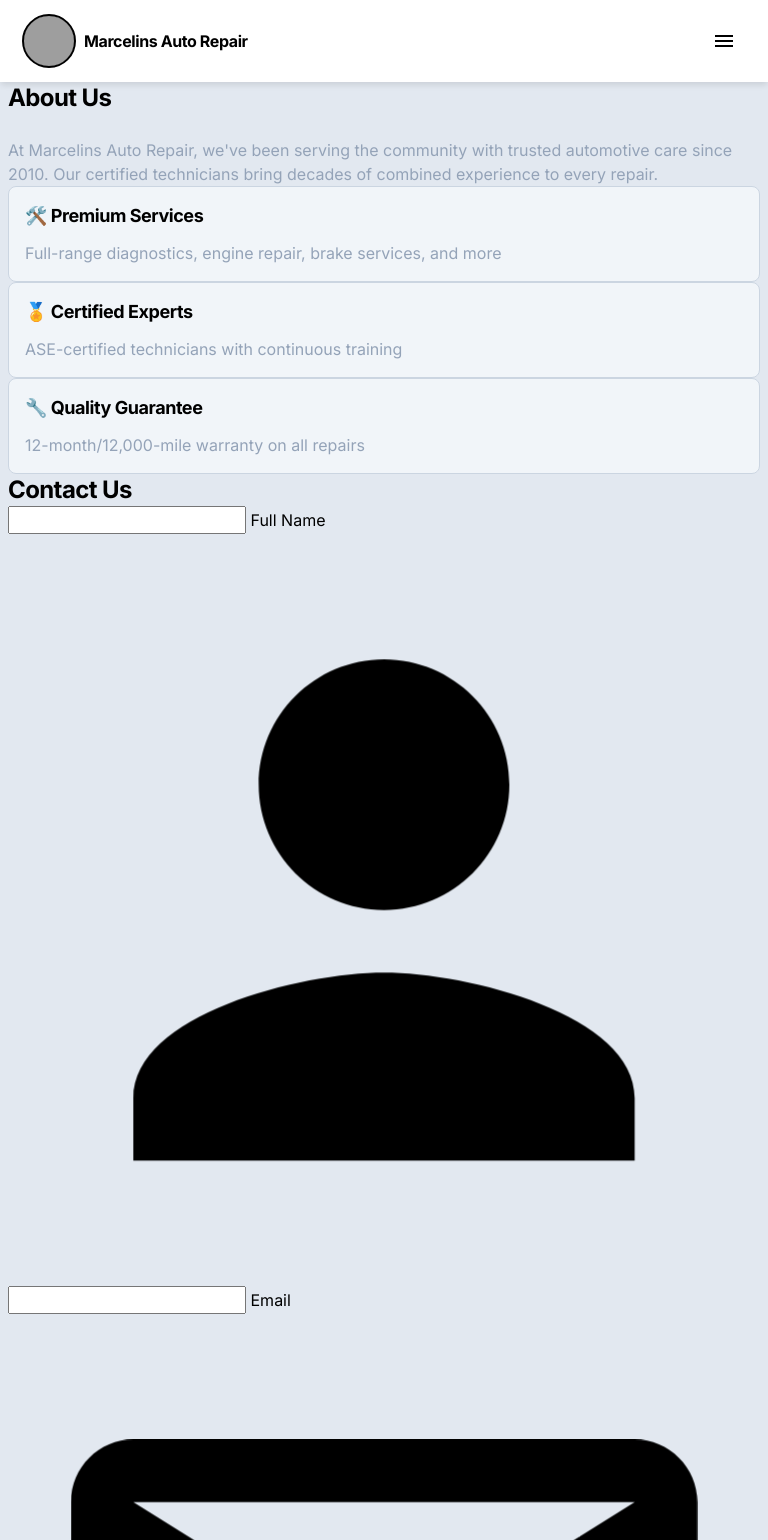
Repository: ilovegames507/twebsite-2
Page: frontend/public/about.html
An editor plug-in stored every save of this project. The page is shown before and after the next save, followed by the edit.
The browser window is 768 px wide. The pictures show the part of the page from y = 0 to 1540 px (the page is 4123 px tall before and 2765 px after).
Pictures or frames that could not be fetched are drawn as grey boxes. A picture or video elsewhere on the page could not be fetched, so the positions and the page height are approximate.

Above is the page before, as saved 2025-03-18 20:19:32.

### frontend/public/about.html
<!DOCTYPE html>
<html lang="en">

<head>
  <meta charset="UTF-8" />
  <meta name="viewport" content="width=device-width, initial-scale=1.0" />
  <link rel="preconnect" href="https://fonts.googleapis.com" />
  <link rel="preconnect" href="https://fonts.gstatic.com" crossorigin />
  <link
    href="https://fonts.googleapis.com/css2?family=Inter:ital,opsz,wght@0,14..32,100..900;1,14..32,100..900&family=Source+Code+Pro:ital,wght@0,200..900;1,200..900&display=swap"
    rel="stylesheet" />
  <link rel="stylesheet" href="styles/modern-normalize.css" />
  <link rel="stylesheet" href="styles/global.css" />
  <link rel="stylesheet" href="styles/components/header.css" />
  <link rel="stylesheet" href="styles/components/about.css" />
  <link rel="stylesheet" href="styles/components/footer.css" />
  <link rel="stylesheet" href="styles/utils.css" />

  <link rel="icon" type="image/x-icon" href="/src/Images/favicon.ico">
  <title>Marcelins Auto Repair</title>
</head>

<body>
  <header class="header">
    <div class="header__container">
      <div class="header__title-container"> <img src="https://picsum.photos/1080/1080?random" class="header__logo"
          alt="Marcelins Auto Repair Logo">
        <a href="/" class="header__title">Marcelins Auto Repair</a>
      </div>
      <nav class="header__nav">
        <a class="header__link" href="#pricing">Servies</a>
        <a class="header__link" href="#features">Policy</a>
        <a class="header__link" href="#contact">Contact</a>
        <div class="header__btn-container">
          <button class="header__btn" id="login-link">Login</button>
        </div>
      </nav>

      <button class="header__bars">
        <svg xmlns="http://www.w3.org/2000/svg" height="24px" viewBox="0 -960 960 960" width="24px">
          <path d="M120-240v-80h720v80H120Zm0-200v-80h720v80H120Zm0-200v-80h720v80H120Z" />
        </svg>
      </button>
    </div>
  </header>
<!-- About Page -->
<section class="about">
    <div class="about__container container">
      <div class="about__content card">
        <h2 class="about__title">About Us</h2>
        <div class="about__body">
          <p class="about__text">
            At Marcelins Auto Repair, we've been serving the community with trusted automotive care since 2010.
            Our certified technicians bring decades of combined experience to every repair.
          </p>

          <div class="about__grid">
            <div class="about__card">
              <h3 class="about__subtitle">🛠️ Premium Services</h3>
              <p class="about__description">Full-range diagnostics, engine repair, brake services, and more</p>
            </div>

            <div class="about__card">
              <h3 class="about__subtitle">🏅 Certified Experts</h3>
              <p class="about__description">ASE-certified technicians with continuous training</p>
            </div>

            <div class="about__card">
              <h3 class="about__subtitle">🔧 Quality Guarantee</h3>
              <p class="about__description">12-month/12,000-mile warranty on all repairs</p>
            </div>
          </div>
        </div>
      </div>
    </div>
  </section>

  <!-- Contact Page -->
  <section class="contact">
    <div class="contact__container container">
      <div class="contact__content card">
        <h2 class="contact__title">Contact Us</h2>
        <form class="contact__form">
          <div class="form__field">
            <input type="text" class="form__input" id="contactName" required>
            <label class="form__label" for="contactName">Full Name</label>
            <svg class="form__icon" xmlns="http://www.w3.org/2000/svg" viewBox="0 0 24 24" fill="currentColor">
              <path d="M12 12c2.21 0 4-1.79 4-4s-1.79-4-4-4-4 1.79-4 4 1.79 4 4 4zm0 2c-2.67 0-8 1.34-8 4v2h16v-2c0-2.66-5.33-4-8-4z"/>
            </svg>
          </div>

          <div class="form__field">
            <input type="email" class="form__input" id="contactEmail" required>
            <label class="form__label" for="contactEmail">Email</label>
            <svg class="form__icon" xmlns="http://www.w3.org/2000/svg" viewBox="0 0 24 24" fill="currentColor">
              <path d="M20 4H4c-1.1 0-1.99.9-1.99 2L2 18c0 1.1.9 2 2 2h16c1.1 0 2-.9 2-2V6c0-1.1-.9-2-2-2zm0 14H4V8l8 5 8-5v10zm-8-7L4 6h16l-8 5z"/>
            </svg>
          </div>

          <div class="form__field">
            <textarea class="form__input form__textarea" id="contactMessage" required></textarea>
            <label class="form__label" for="contactMessage">Message</label>
            <svg class="form__icon" xmlns="http://www.w3.org/2000/svg" viewBox="0 0 24 24" fill="currentColor">
              <path d="M20 2H4c-1.1 0-1.99.9-1.99 2L2 22l4-4h14c1.1 0 2-.9 2-2V4c0-1.1-.9-2-2-2zM6 9h12v2H6V9zm8 5H6v-2h8v2zm4-6H6V6h12v2z"/>
            </svg>
          </div>

          <button type="submit" class="btn btn--primary">Send Message</button>

          <div class="contact__info">
            <p class="contact__detail">📞 (555) 123-4567</p>
            <p class="contact__detail">📍 123 Auto Repair Street, Cityville ST</p>
            <p class="contact__detail">⏰ Mon-Fri: 8AM - 6PM | Sat: 9AM - 4PM</p>
          </div>
        </form>
      </div>
    </div>
  </section>

  <footer class="footer">
    <div class="footer__container">
      <div class="footer__content">
        <div class="footer__section">
          <h3 class="footer__heading">Contact Us</h3>
          <p class="footer__text">123 Auto Repair Street</p>
          <p class="footer__text">Cityville, ST 12345</p>
          <p class="footer__text">Phone: (555) 123-4567</p>
          <p class="footer__text">Email: contact@marcelinsauto.com</p>
        </div>

        <div class="footer__section">
          <h3 class="footer__heading">Hours</h3>
          <p class="footer__text">Mon-Fri: 8am - 6pm</p>
          <p class="footer__text">Saturday: 9am - 4pm</p>
          <p class="footer__text">Sunday: Closed</p>
        </div>

        <div class="footer__section">
          <h3 class="footer__heading">Quick Links</h3>
          <a href="#services" class="footer__link">Services</a>
          <a href="#policy" class="footer__link">Policy</a>
          <a href="#contact" class="footer__link">Contact</a>
          <a href="#about" class="footer__link">About Us</a>
        </div>

        <div class="footer__section">
          <h3 class="footer__heading">Follow Us</h3>
          <div class="footer__socials">
            <a href="#" class="footer__social-link" aria-label="TicTok">
              <img src="src/Images/tictok.svg" alt="TicTok">
            </a>
            <a href="#" class="footer__social-link" aria-label="Instagram">
              <img src="src/Images/instagram.svg" alt="Instagram">
            </a>
            <a href="#" class="footer__social-link" aria-label="YouTube">
              <img src="src/Images/youtube.svg" alt="YouTube">
            </a>
          </div>
        </div>
      </div>

      <div class="footer__bottom">
        <p class="footer__copy">&copy; 2024 Marcelins Auto Repair. All rights reserved.</p>
      </div>
    </div>
  </footer>
  <script>
    document.querySelector('.header__bars').addEventListener('click', function () {
      document.querySelector('.header').classList.toggle('header--mobile-open');
    });
    document.getElementById('login-link').addEventListener('click', function () {
      window.location.href = '/login';
    });
  </script>
</body>

</html>

### frontend/public/styles/global.css
:root {
  /* fonts */
  --font-primary: 'Inter', sans-serif;
  --font-secondary: 'Source Code Pro', monospace;

  /* colors */
  --clr-dark: #000000;
  --clr-gray: #2b2b2b;
  --clr-light: #e2e8f0;
  --clr-white: rgb(255, 255, 255);
  --clr-green: #10b981;
  --clr-green-hvr: #10996b;

  --clr-slate50: #f8fafc;
  --clr-slate100: #f1f5f9;
  --clr-slate300: #cbd5e1;
  --clr-text: #94a3b8;
  --clr-slate800: #1e293b;
  --clr-bg: #0a101f;

  --clr-muted: #4a5566;

  /* shadow */
  --shadow: 0 4px 6px -1px rgba(0, 0, 0, 0.1);

  /* transtion */
  --transition: all 0.3s cubic-bezier(0.4, 0, 0.2, 1);

  /* sizes */
  --size-xxs: 0.5rem;
  --size-xs: 0.75rem;
  --size-sm: 0.875rem;
  --size-base: 1rem;
  --size-lg: 1.125rem;
  --size-xl: 1.25rem;
  --size-2xl: 1.5rem;
  --size-3xl: 1.875rem;
  --size-4xl: 2.25rem;
  --size-5xl: 3rem;
  --size-6xl: 3.75rem;
  --size-7xl: 4.5rem;
  --size-8xl: 6rem;
  --size-9xl: 8rem;
  --size-10xl: 10rem;
}

* {
  margin: 0;
  padding: 0;
  line-height: calc(1em + 0.5rem);
  animation: fadeIn 0.5s cubic-bezier(0.4, 0, 0.2, 1) both;
  animation-delay: 0.01s;
}

body {
  font-family: var(--font-primary);
  background-color: var(--clr-light);
  color: var(--clr-dark);
}

img,
picture,
video,
canvas,
svg {
  display: block;
  max-width: 100%;
}

input,
button,
textarea,
select {
  font: inherit;
}

button {
  border: none;
  background: none;
  color: inherit;
  cursor: pointer;
}

h1,
h2,
h3,
h4,
h5,
h6 {
  letter-spacing: -0.025em;
}

p {
  color: var(--clr-text);
}

a {
  color: var(--clr-slate50);
}

strong {
  color: #ff0000;
  font-weight: 800;
}

button:focus-visible,
a:focus-visible {
  outline: solid var(--clr-light);
}

body::-webkit-scrollbar {
  width: 5px;
}

body::-webkit-scrollbar-track {
  box-shadow: inset 0 0 6 px rgba(0, 0, 0, 0);
}

body::-webkit-scrollbar-thumb {
  background: #bebebe;
  border-radius: 1000px;
}

body::-webkit-scrollbar-thumb:hover {
  background: #555;
}

@keyframes fadeIn {
  from {
    opacity: 0;
    transform: translateY(-20px);
  }

  to {
    opacity: 1;
    transform: translateY(0);
  }
}

h1,
h2,
h3,
h4,
h5,
h6 {
  animation-delay: 0.3s;
}

p,
a,
button {
  animation-delay: 0.4s;
}

img {
  animation-delay: 0.5s;
}

### frontend/public/styles/components/header.css
.header {
  position: sticky;
  top: 0;
  background: var(--clr-white);
  backdrop-filter: blur(8px);
  z-index: 9999;
  box-shadow: var(--shadow);
}

.header__container {
  display: flex;
  justify-content: space-between;
  align-items: center;
  padding: 1rem 1.5rem;
  max-width: 1440px;
  margin: 0 auto;
}

.header__title-container{
  display: flex;
  flex-direction: row;
  gap: 10px;
}

.header__title {
  color: var(--clr-dark);
  font-family: var(--font-primary);
  font-size: var(--size-2xl);
  font-weight: 700;
  letter-spacing: -0.025em;
  text-decoration: none;
  transition: var(--transition);
  display: inline-flex;
  align-items: center;
  gap: 1rem;
}

.header__title-text {
  transition: var(--transition);
}

.header__logo {
  background-image: linear-gradient(rgba(0, 0, 0, 0.5), rgba(0, 0, 0, 0.5)),
    url('https://placehold.co/1920x1080');
  max-width: 50px;
  max-height: 50px;
  height: auto;
  cursor: pointer;
  outline: 2px solid var(--clr-dark);
  transition: var(--transition);
  border-radius: 50%;
}

.header__nav {
  display: flex;
  gap: 2rem;
  align-items: center;
}

.header__link {
  color: var(--clr-dark);
  font-family: var(--font-primary);
  font-size: 0.875rem;
  font-weight: 500;
  text-decoration: none;
  transition: var(--transition);
  padding: 0.5rem 1rem;
  border-radius: 0.375rem;
}

.header__link:hover {
  background: rgba(255, 255, 255, 0.1);
}

.header__btn {
  background: var(--clr-accent);
  color: var(--clr-light);
  background: var(--clr-dark);
  padding: 0.5rem 1.25rem;
  border-radius: 0.375rem;
  font-weight: 600;
  transition: var(--transition);
}

.header__btn:hover {
  background: var(--clr-gray);
}

.header__bars {
  display: none;
  color: var(--clr-light);
  background: none;
  padding: 0.5rem;
  border-radius: 0.375rem;
}

@media (max-width: 825px) {
  .header__nav {
    display: none;
  }

  .header__bars {
    display: block;
  }

  .header__title-text {
    display: block;
  }

  .header__logo {
    display: none;
  }

  .header--mobile-open .header__nav {
    display: flex;
    flex-direction: column;
    position: absolute;
    background: var(--clr-white);
    top: 100%;
    left: 0;
    right: 0;
    padding: 1rem;
    gap: 0.5rem;
  }

  .header--mobile-open .header__logo {
    display: block;
    max-width: 50px;
  }

  .header--mobile-open .header__link {
    width: 100%;
    text-align: center;
    padding: 0.75rem;
  }

  .header--mobile-open .header__btn-container {
    display: flex;
    flex-direction: column;
    gap: 0.5rem;
    margin-top: 1rem;
  }
}

@media (max-width: 768px) {
  .header__title {
    font-size: var(--size-base);
  }

  .header__logo {
    display: block;
    max-width: 60px;
  }
}

@media (max-width: 480px) {
  .header__logo {
    max-width: 50px;
  }

  .header__container {
    padding: 0.75rem 1rem;
  }
}

### frontend/public/styles/components/about.css
/* About Page Styles */
.about__content {
    display: flex;
    flex-direction: column;
    gap: var(--size-2xl);
  }

  .about__features {
    display: grid;
    gap: var(--size-xl);
    margin-top: var(--size-xl);
  }

  .about__card {
    background: var(--clr-slate100);
    padding: var(--size-xl);
    border-radius: 8px;
    border: 1px solid var(--clr-slate300);
  }

  .about__subtitle {
    font-size: var(--size-lg);
    margin-bottom: var(--size-xs);
    color: var(--clr-dark);
  }

  /* Contact Page Styles */
  .auth__input--textarea {
    height: 120px;
    resize: vertical;
    padding-top: var(--size-base);
  }

  .contact__info {
    margin-top: var(--size-2xl);
    padding: var(--size-xl);
    background: var(--clr-slate100);
    border-radius: 8px;
    text-align: center;
  }

  .contact__info .auth__text {
    margin-bottom: var(--size-base);
  }

  @media (max-width: 768px) {
    .about__features {
      grid-template-columns: 1fr;
    }

    .about__card {
      padding: var(--size-base);
    }
  }

### frontend/public/styles/components/footer.css
html {
    height: 100%;
}

body {
    min-height: 100vh;
    display: flex;
    flex-direction: column;
}

main {
    flex: 1 0 auto;
    width: 100%;
}

.footer {
    background-color: var(--clr-dark);
    color: var(--clr-light);
    padding: var(--size-4xl) 0 0;
    margin-top: auto;
}

.footer__container {
    max-width: 1440px;
    margin: 0 auto;
    padding: 0 var(--size-2xl);
}

.footer__content {
    display: grid;
    grid-template-columns: repeat(auto-fit, minmax(250px, 1fr));
    gap: var(--size-2xl);
    padding-bottom: var(--size-4xl);
}

.footer__section {
    display: flex;
    flex-direction: column;
    gap: var(--size-base);
}

.footer__heading {
    font-size: var(--size-lg);
    font-weight: 600;
    margin-bottom: var(--size-xs);
    color: var(--clr-light);
}

.footer__text {
    font-size: var(--size-sm);
    color: var(--clr-slate300);
    line-height: 1.6;
}

.footer__link {
    color: var(--clr-slate300);
    text-decoration: none;
    font-size: var(--size-sm);
    transition: var(--transition);
}

.footer__link:hover {
    color: var(--clr-light);
    transform: translateX(4px);
}

.footer__socials {
    display: flex;
}

.footer__social-link {
    color: var(--clr-slate300);
    transition: var(--transition);
    padding: var(--size-4xl);
    display: flex;
}

.footer__social-link:hover {
    color: var(--clr-light);
    transform: translateY(-2px);
}

.footer__bottom {
    border-top: 1px solid rgba(255, 255, 255, 0.1);
    padding: var(--size-xl) 0;
    text-align: center;
}

.footer__copy {
    font-size: var(--size-sm);
    color: var(--clr-slate300);
    margin: 0;
}

@media (max-width: 768px) {
    .footer__content {
        grid-template-columns: 1fr;
        text-align: center;
    }

    .footer__section {
        align-items: center;
    }

    .footer__link:hover {
        transform: none;
    }
}

### frontend/public/styles/utils.css
/* xs */
/* @media (min-width: 475px) {} */

/* sm */
/* @media (min-width: 640px) {} */

/* md */
/* @media (min-width: 768px) {} */

/* lg */
/* @media (min-width: 1024px) {} */

/* xl */
/* @media (min-width: 1280px) {} */

/* 2xl */
/* @media (min-width: 1536px) {} */

.container {
    width: 100%;
    margin-inline: auto;
    padding-inline: 0.5rem;
  }

  .btn {
    display: inline-block;
    background-color: rgb(255, 255, 255);
    color: var(--clr-dark);
    padding: 0.5em 1em;
    font-weight: 500;
    border-radius: 6px;
    line-height: 1.75rem;
    text-decoration: none;
    transition: 0.2s ease-in-out;
  }

  .btn:hover {
    transform: translateY(2px);
    background-color: rgb(168, 168, 168);
  }

  btn:focus-visible {
    outline: solid var(--clr-text);
  }

  .section {
    margin-top: 5rem;
  }

  .title {
    text-transform: uppercase;
    margin-bottom: 1rem;
    font-family: var(--font-secondary);
    color: var(--clr-text);
    font-size: var(--size-base);
  }

  /* xs */
  @media (min-width: 475px) {
    .container {
      max-width: 475px;
    }
  }

  /* sm */
  @media (min-width: 640px) {
    .container {
      max-width: 640px;
    }

    .title {
      font-size: var(--size-sm);
    }
  }

  /* md */
  @media (min-width: 768px) {
    .container {
      max-width: 768px;
    }
  }

  /* lg */
  @media (min-width: 1024px) {
    .container {
      max-width: 1024px;
    }

    .section {
      margin-top: 10rem;
    }

    .title {
      font-size: var(--size-base);
    }
  }

  /* xl */
  @media (min-width: 1280px) {
    .container {
      max-width: 1280px;
    }
  }

  /* 2xl */
  @media (min-width: 1536px) {
    .container {
      max-width: 1536px;
    }
  }

Loaded but not shown: frontend/public/styles/modern-normalize.css (203 lines, source omitted)

After the next save:
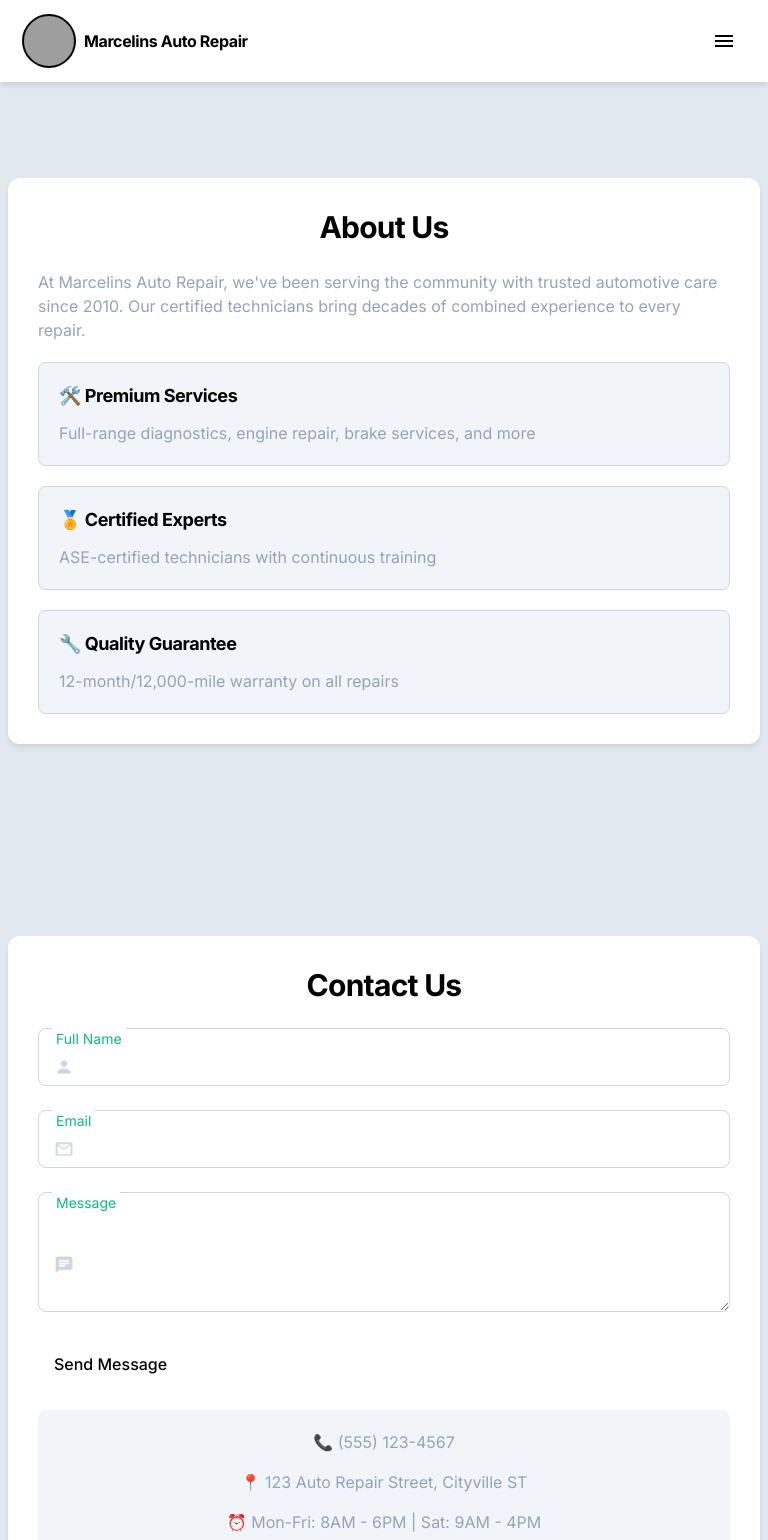
Saved 9 s later.
--- a/frontend/public/styles/components/about.css
+++ b/frontend/public/styles/components/about.css
@@ -1,11 +1,23 @@
-/* About Page Styles */
-.about__content {
-    display: flex;
-    flex-direction: column;
-    gap: var(--size-2xl);
+/* About Page */
+.about__container {
+    padding: var(--size-8xl) 0;
   }
 
-  .about__features {
+  .about__content {
+    background: var(--clr-white);
+    border-radius: 12px;
+    padding: var(--size-3xl);
+    box-shadow: var(--shadow);
+  }
+
+  .about__title {
+    font-size: var(--size-3xl);
+    text-align: center;
+    margin-bottom: var(--size-2xl);
+    color: var(--clr-dark);
+  }
+
+  .about__grid {
     display: grid;
     gap: var(--size-xl);
     margin-top: var(--size-xl);
@@ -21,11 +33,27 @@
   .about__subtitle {
     font-size: var(--size-lg);
     margin-bottom: var(--size-xs);
-    color: var(--clr-dark);
   }
 
-  /* Contact Page Styles */
-  .auth__input--textarea {
+  /* Contact Page */
+  .contact__container {
+    padding: var(--size-8xl) 0;
+  }
+
+  .contact__content {
+    background: var(--clr-white);
+    border-radius: 12px;
+    padding: var(--size-3xl);
+    box-shadow: var(--shadow);
+  }
+
+  .contact__title {
+    font-size: var(--size-3xl);
+    text-align: center;
+    margin-bottom: var(--size-2xl);
+  }
+
+  .form__textarea {
     height: 120px;
     resize: vertical;
     padding-top: var(--size-base);
@@ -39,16 +67,61 @@
     text-align: center;
   }
 
-  .contact__info .auth__text {
+  .contact__detail {
     margin-bottom: var(--size-base);
+    color: var(--clr-text);
   }
 
-  @media (max-width: 768px) {
-    .about__features {
-      grid-template-columns: 1fr;
-    }
+  /* Shared Form Styles */
+  .form__field {
+    position: relative;
+    margin-bottom: var(--size-2xl);
+  }
 
-    .about__card {
-      padding: var(--size-base);
-    }
+  .form__label {
+    position: absolute;
+    left: var(--size-3xl);
+    top: 50%;
+    transform: translateY(-50%);
+    color: var(--clr-text);
+    font-size: var(--size-sm);
+    transition: var(--transition);
+    pointer-events: none;
+    background: var(--clr-white);
+    padding: 0 4px;
+    margin-left: calc(-1 * var(--size-base));
   }
+
+  .form__input {
+    width: 100%;
+    padding: var(--size-base);
+    border: 1px solid var(--clr-slate300);
+    border-radius: 8px;
+    font-size: var(--size-sm);
+    transition: var(--transition);
+    padding-left: var(--size-4xl);
+  }
+
+  .form__input:focus {
+    border-color: var(--clr-green);
+    outline: none;
+    box-shadow: 0 0 0 3px rgba(16, 185, 129, 0.1);
+  }
+
+  .form__input:focus ~ .form__label,
+  .form__input:not(:placeholder-shown) ~ .form__label {
+    top: 0;
+    transform: translateY(-50%) scale(0.9);
+    color: var(--clr-green);
+  }
+
+  .form__icon {
+    position: absolute;
+    left: var(--size-base);
+    top: 50%;
+    transform: translateY(-50%);
+    width: var(--size-xl);
+    height: var(--size-xl);
+    color: var(--clr-slate300);
+    transition: var(--transition);
+  }
